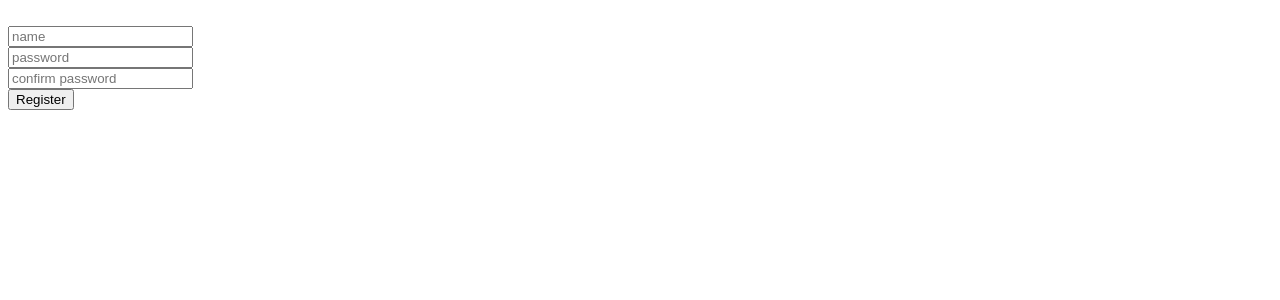
Repository: anujs099/bankingapp
Page: banking-application-final/WebContent/Register.html
The author's editor kept a copy of each file at every save. The page is drawn from the files as they stood at one save, then again after the next save.
The browser window is 1280 px wide. The pictures show the whole page.

Above is the page before, as saved 2021-03-04 11:31:31.

After the next save:
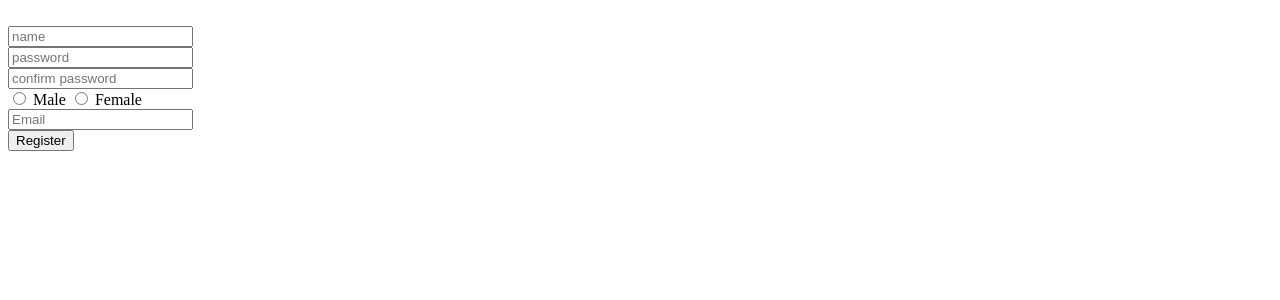
Saved 16 min 9 s later.
--- a/banking-application-final/WebContent/Register.html
+++ b/banking-application-final/WebContent/Register.html
@@ -8,9 +8,20 @@
 <div class="container">
 <Form action="registerservlet" method="post"><br>
 <input type="text" placeholder="name"><br>
-<input type="text" placeholder="password"><br>
-<input type="text" placeholder="confirm password"><br>
-<input type="submit" value="Register">
+<input type="password" placeholder="password"><br>
+<input type="password" placeholder="confirm password"><br>
+<div class="control">
+  <label class="radio">
+    <input type="radio" name="answer">
+   	Male
+  </label>
+  <label class="radio">
+    <input type="radio" name="answer">
+    Female
+  </label>
+</div>
+<input type="email" placeholder="Email"><br>
+<input type="submit" value="Register"><br>
 </Form>
 </div>
 </body>
